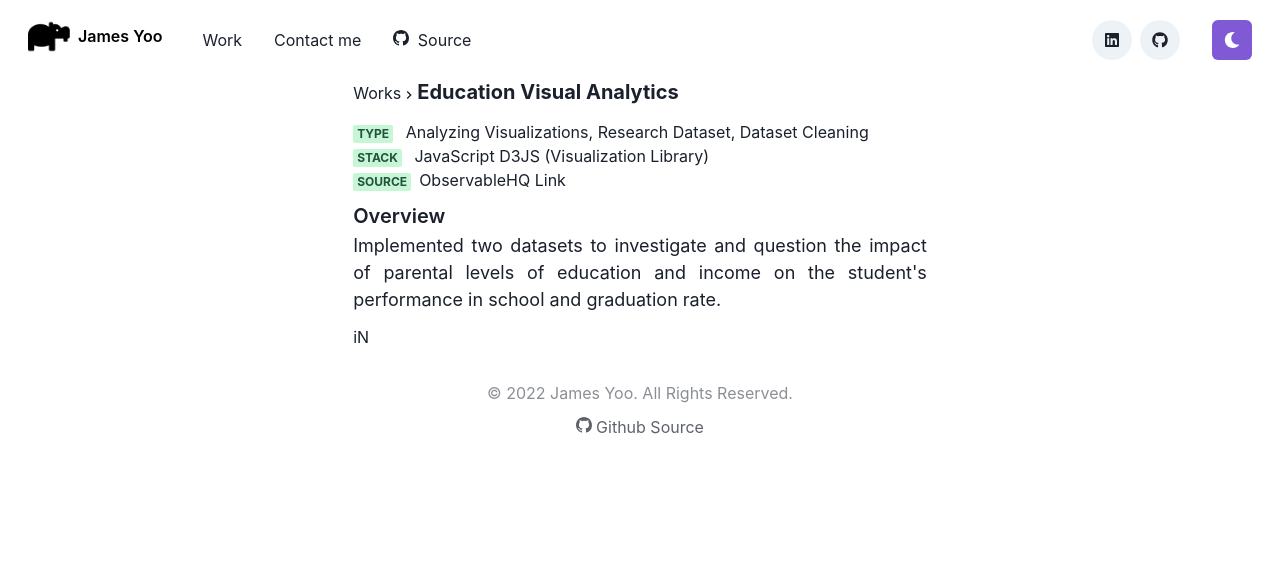
Repository: jammy729/portfolio-2022
Page: /work/educationvisualanalytics
The author's editor kept a copy of each file at every save. The page is drawn from the files as they stood at one save, then again after the next save.
The browser window is 1280 px wide. The pictures show the whole page.
The project was rebuilt for these pictures with package versions that can differ from the ones it lists, and the page was loaded fresh each time. Also part of the build but not shown: src/components/home.js, src/components/contact.js, src/components/layouts/layout.js, src/components/work/work.js, src/components/work/Development/WorldInstitutionDatabase/worldinstitutiondatabase.js, src/components/work/Development/GeoMemories/geomemories.js, src/components/work/Design/ExperienceDesign/experiencedesign.js, src/components/work/Development/PersonalPortfolio/personalportfolio.js. Imported but missing from the stored project, and not drawn on this page: src/components/work/Design/FinestCup/finestcup, src/components/work/Development/WorldInstitutionDatabase/universityDatabase.mp4.

Above is the page before, as saved 2022-06-28 15:00:49.

After the next save:
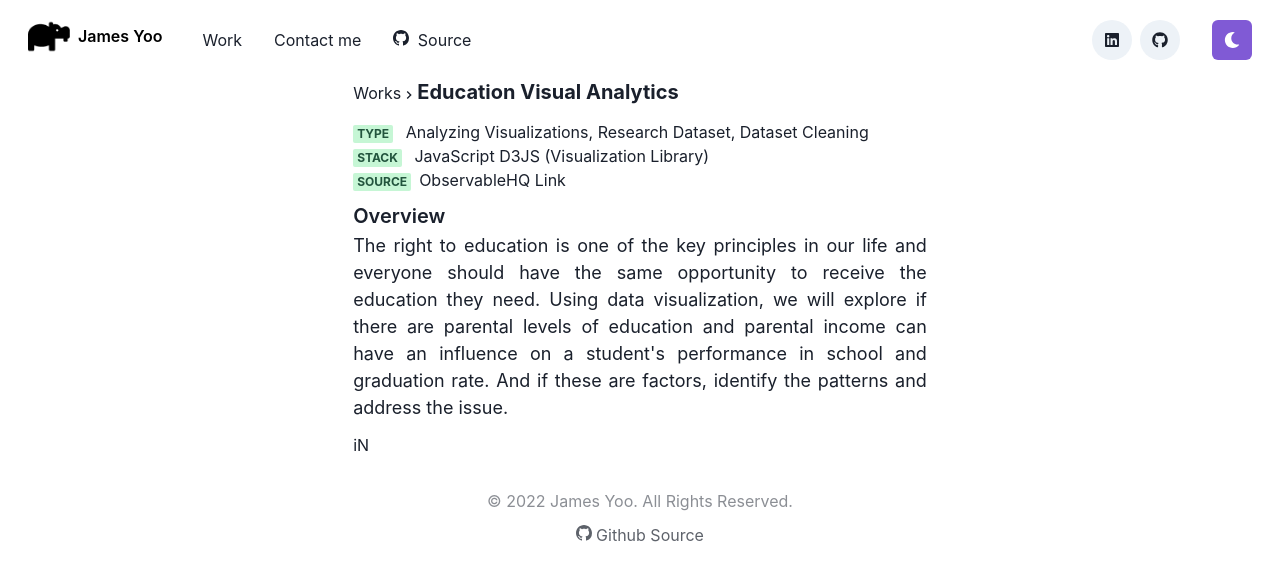
Saved 11 s later.
--- a/src/components/work/Development/EducationVisualAnalytics/educationvisualanalytics.js
+++ b/src/components/work/Development/EducationVisualAnalytics/educationvisualanalytics.js
@@ -8,7 +8,6 @@ const EducationVisualAnalytics = () => {
     <Box>
       <Container>
         <Title>Education Visual Analytics</Title>
-
         {/* BADGES  */}
         <List>
           <ListItem>
@@ -28,15 +27,16 @@ const EducationVisualAnalytics = () => {
             </a>
           </ListItem>
         </List>
-
         {/* SUMMARY   */}
         <Writing size='md' title='Overview' />
         <DescriptionText>
-          Implemented two datasets to investigate and question the impact of
-          parental levels of education and income on the student's performance
-          in school and graduation rate.
+          The right to education is one of the key principles in our life and
+          everyone should have the same opportunity to receive the education
+          they need. Using data visualization, we will explore if there are
+          parental levels of education and parental income can have an influence
+          on a student's performance in school and graduation rate. And if these
+          are factors, identify the patterns and address the issue.
         </DescriptionText>
-
         iN
       </Container>
     </Box>
